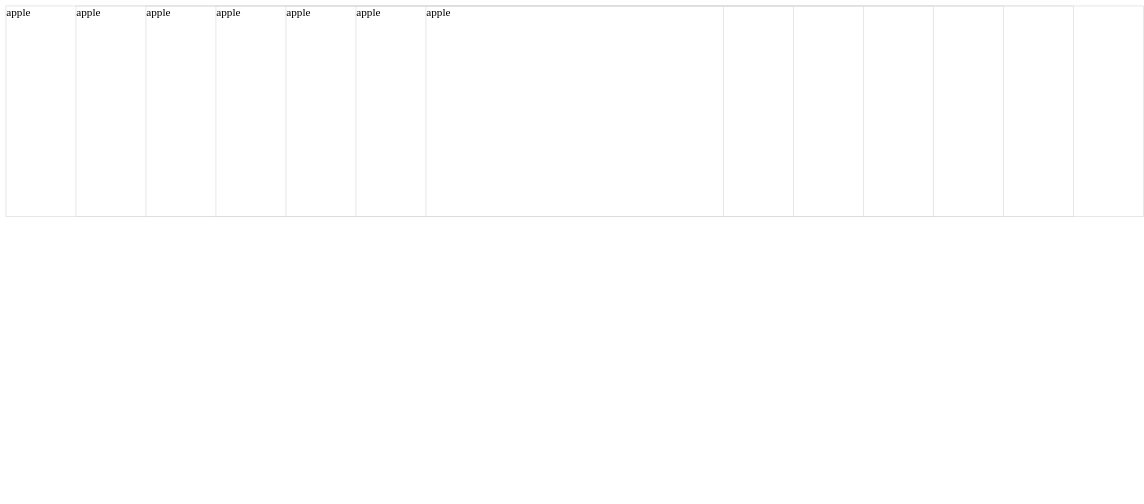
Repository: lzh15378738622/scroll-snap
Page: index.html
These files come from the project's save history. The page is drawn as it stood at one moment and after the next save; the edit follows.
The browser window is 1280 px wide. The page is 1634 px wide, then 1280 px, so the pictures cover 1634 px, including what lies to the right of the window. The pictures show the part of the page from y = 0 to 1520 px (the page is 720 px tall before and 2130 px after), at 70% of full size.

Above is the page before, as saved 2022-02-26 11:47:22.

After the next save:
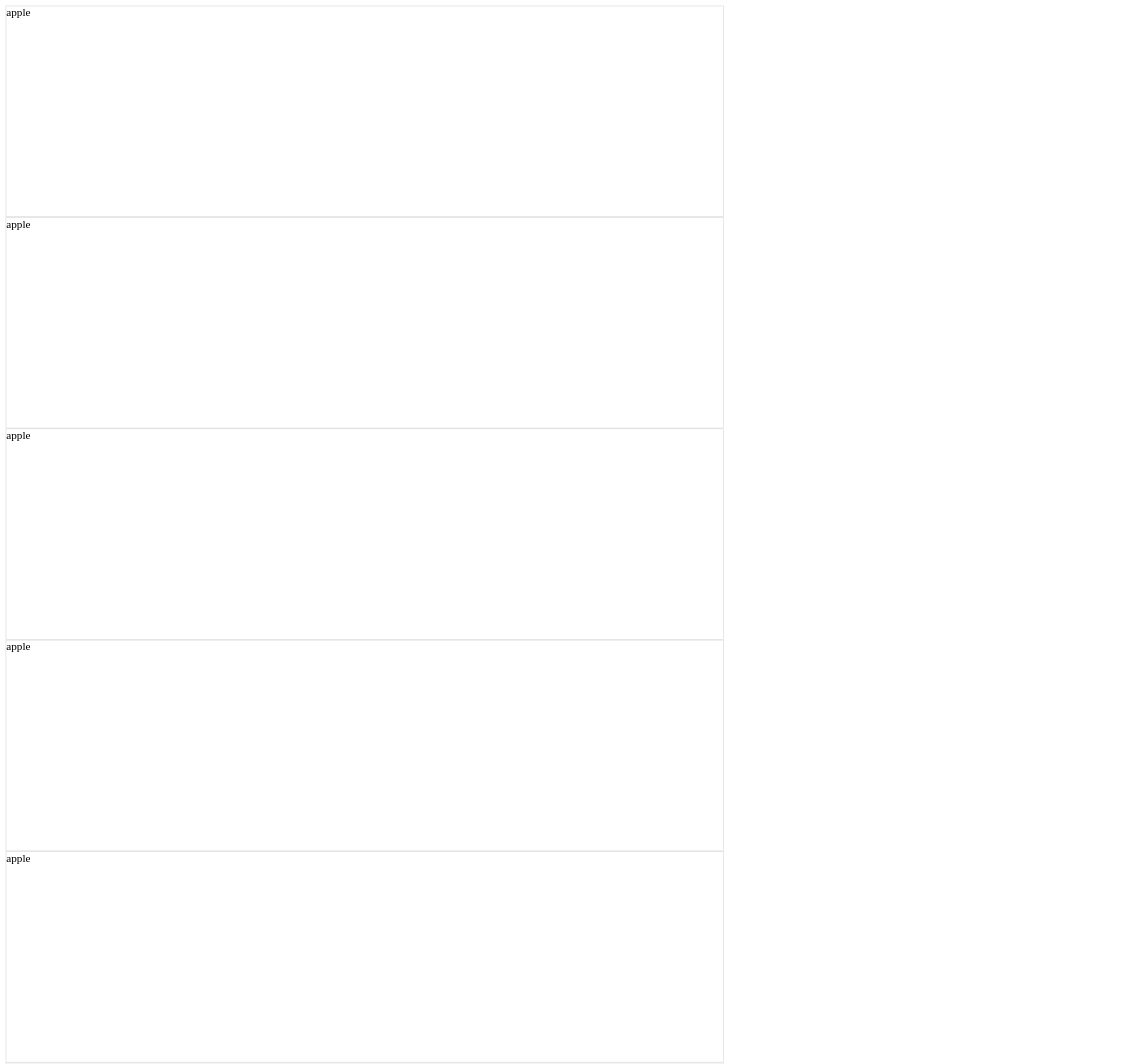
Saved 118 s later.
--- a/index.html
+++ b/index.html
@@ -1,7 +1,7 @@
 <!--
  * @Date: 2022-02-26 11:43:45
  * @LastEditors: lzh886
- * @LastEditTime: 2022-02-26 11:47:22
+ * @LastEditTime: 2022-02-26 11:49:19
  * @FilePath: /scroll-snap/index.html
 -->
 <!DOCTYPE html>
@@ -14,7 +14,7 @@
     <style>
       main {
         display: grid;
-        grid-template-columns: repeat(auto-fill, 100px);
+        grid-template-columns: repeat(auto-fill, 1fr);
       }
       div {
         width: 80vw;
